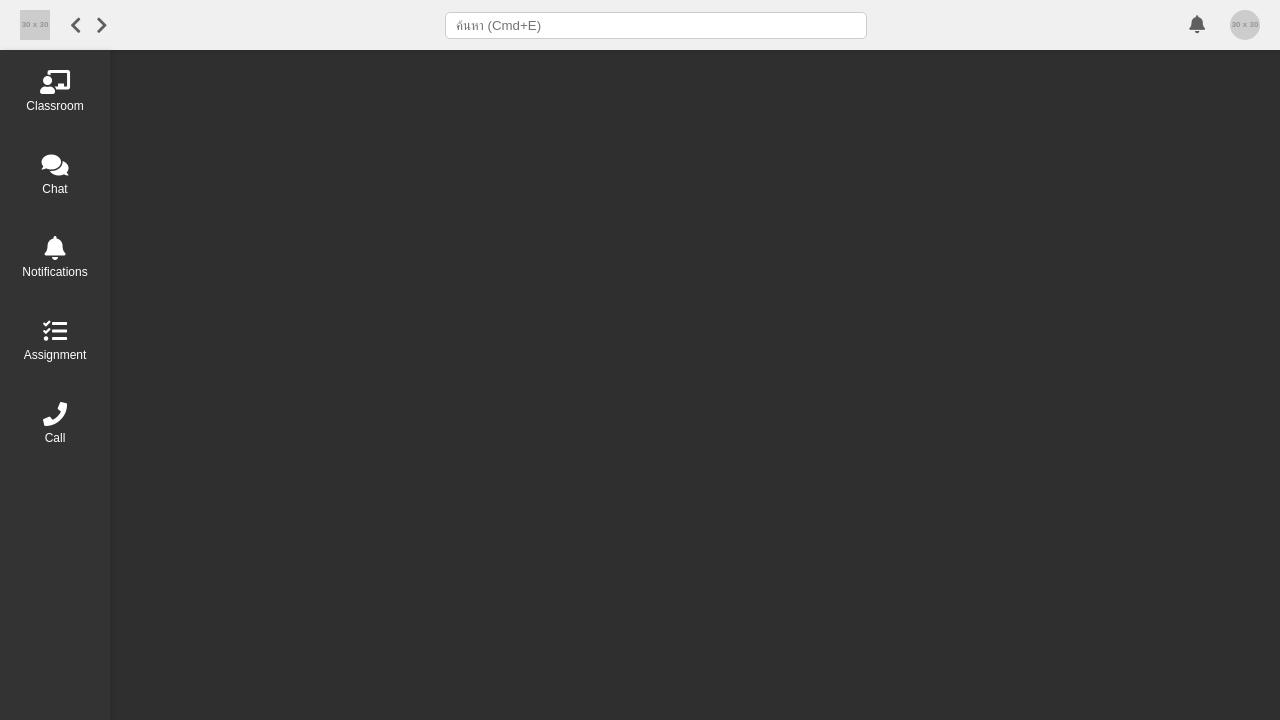
Repository: praifas16/ProPro
Page: docs/studenthead.html
These files come from the project's save history. The page is drawn as it stood at one moment and after the next save; the edit follows.
The browser window is 1280 px wide. The pictures show the whole page.

Above is the page before, as saved 2024-08-21 20:52:55.

After the next save:
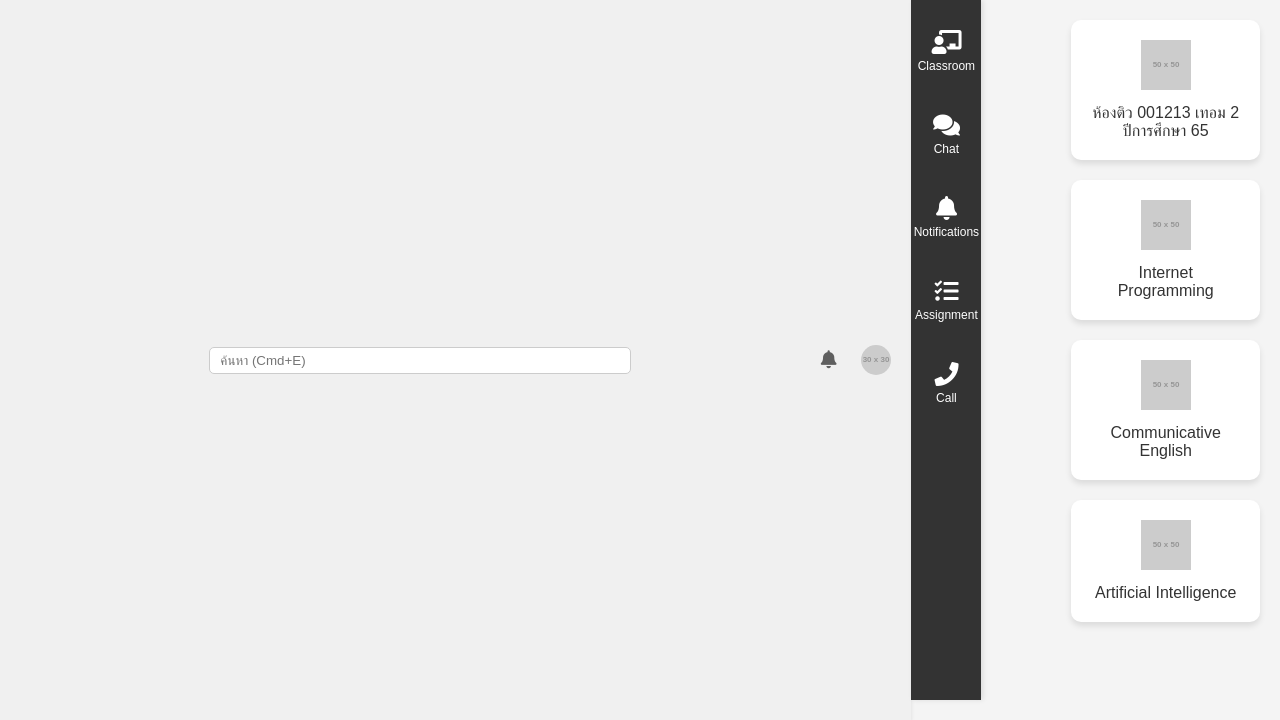
Saved 101 s later.
--- a/docs/studenthead.html
+++ b/docs/studenthead.html
@@ -10,9 +10,8 @@
         font-family: Arial, sans-serif;
         margin: 0;
         padding: 0;
-        background-color: #2f2f2f;
-        display: flex;
-        flex-direction: column;
+        background-color: #f4f4f4;
+        display: flex;
         height: 100vh;
       }
 
@@ -24,6 +23,7 @@
         align-items: center;
         justify-content: space-between;
         box-shadow: 0px 2px 4px rgba(0, 0, 0, 0.1);
+        width: 100%;
       }
 
       .topbar .left-section {
@@ -40,18 +40,6 @@
       .topbar .left-section .logo img {
         width: 30px;
         height: 30px;
-      }
-
-      .topbar .left-section .navigation {
-        display: flex;
-        align-items: center;
-      }
-
-      .topbar .left-section .navigation i {
-        font-size: 18px;
-        color: #5f5f5f;
-        margin-right: 15px;
-        cursor: pointer;
       }
 
       .topbar .search-bar {
@@ -95,7 +83,7 @@
         background-color: #333;
         color: white;
         height: calc(100vh - 60px); /* Adjusted to take into account the topbar height */
-        padding: 20px 20px;
+        padding: 20px 0;
         box-shadow: 2px 0 5px rgba(0, 0, 0, 0.1);
         display: flex;
         flex-direction: column;
@@ -103,7 +91,11 @@
       }
 
       .menu-items {
-        margin-top: -10px; /* ขยับเมนูขึ้นไปด้านบน */
+        flex-grow: 1;
+        display: flex;
+        flex-direction: column;
+        align-items: center;
+        justify-content: flex-start;
       }
 
       .sidebar a {
@@ -121,13 +113,27 @@
       .sidebar a:hover {
         background-color: #5f5f5f;
         border-radius: 4px;
-        width: 80%;
+        width: 100%;
         text-align: center;
       }
 
       .sidebar i {
         font-size: 24px;
         margin-bottom: 5px;
+      }
+
+      /* โครงสร้างหน้าเว็บหลัก */
+      .main-content {
+        flex-grow: 1;
+        padding: 20px;
+        margin-left: 70px; /* ปรับให้สอดคล้องกับ sidebar */
+      }
+
+      .container {
+        display: grid;
+        grid-template-columns: repeat(auto-fill, minmax(150px, 1fr));
+        gap: 20px;
+        padding-top: 0px;
       }
 
       .card {
@@ -152,21 +158,13 @@
       .card p {
         margin: 0;
         font-size: 16px;
+        color: #333;
       }
     </style>
   </head>
   <body>
     <!-- แถบเมนูด้านบน -->
     <div class="topbar">
-      <div class="left-section">
-        <div class="logo">
-          <img src="https://via.placeholder.com/30" alt="Logo" />
-        </div>
-        <div class="navigation">
-          <i class="fas fa-chevron-left"></i>
-          <i class="fas fa-chevron-right"></i>
-        </div>
-      </div>
       <div class="search-bar">
         <input type="text" placeholder="ค้นหา (Cmd+E)" />
       </div>
@@ -181,14 +179,35 @@
     <!-- เมนูแถบข้าง -->
     <div class="sidebar">
       <div class="menu-items">
-        <a href="#"
-          ><i class="fa fa-chalkboard-teacher"></i><span>Classroom</span></a
-        >
+        <a href="#"><i class="fa fa-chalkboard-teacher"></i><span>Classroom</span></a>
         <a href="#"><i class="fa fa-comments"></i><span>Chat</span></a>
         <a href="#"><i class="fa fa-bell"></i><span>Notifications</span></a>
         <a href="#"><i class="fa fa-tasks"></i><span>Assignment</span></a>
         <a href="#"><i class="fa fa-phone"></i><span>Call</span></a>
       </div>
     </div>
+
+    <!-- เนื้อหาหลัก -->
+    <div class="main-content">
+      <div class="container">
+        <div class="card">
+          <img src="https://via.placeholder.com/50" alt="icon" />
+          <p>ห้องติว 001213 เทอม 2 ปีการศึกษา 65</p>
+        </div>
+        <div class="card">
+          <img src="https://via.placeholder.com/50" alt="icon" />
+          <p>Internet Programming</p>
+        </div>
+        <div class="card">
+          <img src="https://via.placeholder.com/50" alt="icon" />
+          <p>Communicative English</p>
+        </div>
+        <div class="card">
+          <img src="https://via.placeholder.com/50" alt="icon" />
+          <p>Artificial Intelligence</p>
+        </div>
+        <!-- เพิ่มเติม Card อื่น ๆ ตามต้องการ -->
+      </div>
+    </div>
   </body>
 </html>

After the save that followed:
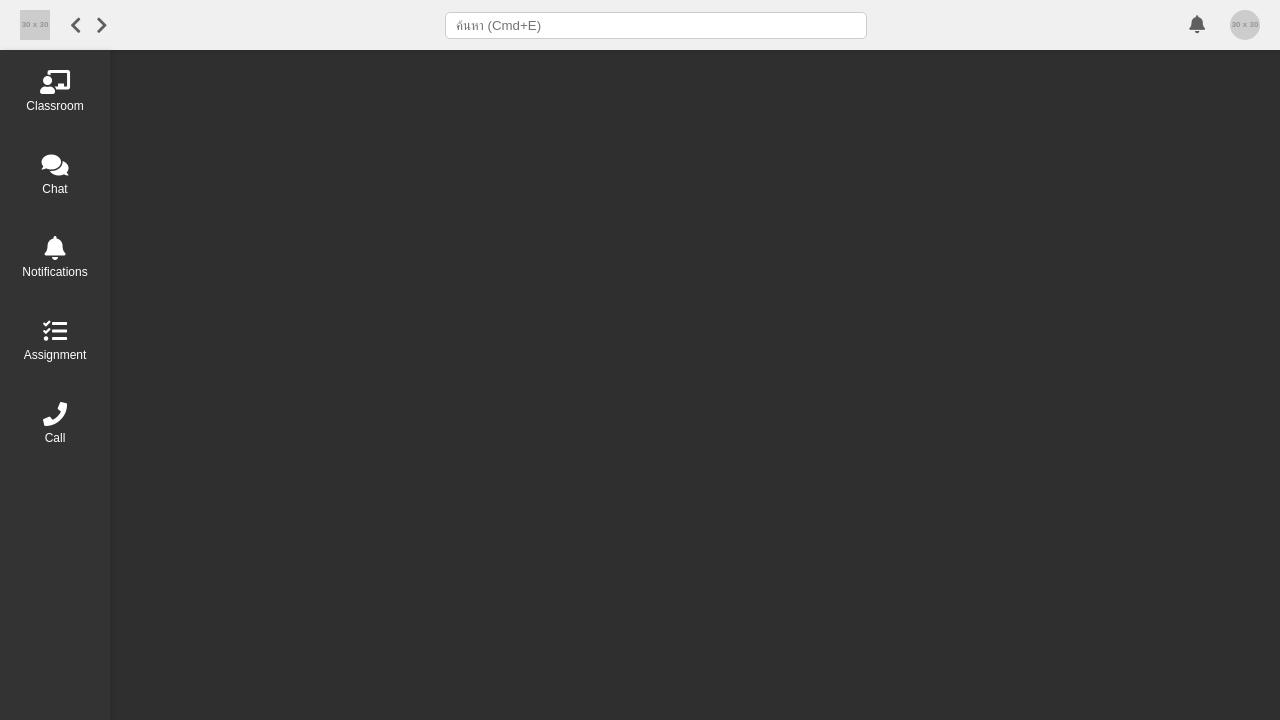
Saved 9 s later.
--- a/docs/studenthead.html
+++ b/docs/studenthead.html
@@ -10,8 +10,9 @@
         font-family: Arial, sans-serif;
         margin: 0;
         padding: 0;
-        background-color: #f4f4f4;
+        background-color: #2f2f2f;
         display: flex;
+        flex-direction: column;
         height: 100vh;
       }
 
@@ -23,7 +24,6 @@
         align-items: center;
         justify-content: space-between;
         box-shadow: 0px 2px 4px rgba(0, 0, 0, 0.1);
-        width: 100%;
       }
 
       .topbar .left-section {
@@ -40,6 +40,18 @@
       .topbar .left-section .logo img {
         width: 30px;
         height: 30px;
+      }
+
+      .topbar .left-section .navigation {
+        display: flex;
+        align-items: center;
+      }
+
+      .topbar .left-section .navigation i {
+        font-size: 18px;
+        color: #5f5f5f;
+        margin-right: 15px;
+        cursor: pointer;
       }
 
       .topbar .search-bar {
@@ -83,7 +95,7 @@
         background-color: #333;
         color: white;
         height: calc(100vh - 60px); /* Adjusted to take into account the topbar height */
-        padding: 20px 0;
+        padding: 20px 20px;
         box-shadow: 2px 0 5px rgba(0, 0, 0, 0.1);
         display: flex;
         flex-direction: column;
@@ -91,11 +103,7 @@
       }
 
       .menu-items {
-        flex-grow: 1;
-        display: flex;
-        flex-direction: column;
-        align-items: center;
-        justify-content: flex-start;
+        margin-top: -10px; /* ขยับเมนูขึ้นไปด้านบน */
       }
 
       .sidebar a {
@@ -113,27 +121,13 @@
       .sidebar a:hover {
         background-color: #5f5f5f;
         border-radius: 4px;
-        width: 100%;
+        width: 80%;
         text-align: center;
       }
 
       .sidebar i {
         font-size: 24px;
         margin-bottom: 5px;
-      }
-
-      /* โครงสร้างหน้าเว็บหลัก */
-      .main-content {
-        flex-grow: 1;
-        padding: 20px;
-        margin-left: 70px; /* ปรับให้สอดคล้องกับ sidebar */
-      }
-
-      .container {
-        display: grid;
-        grid-template-columns: repeat(auto-fill, minmax(150px, 1fr));
-        gap: 20px;
-        padding-top: 0px;
       }
 
       .card {
@@ -158,13 +152,21 @@
       .card p {
         margin: 0;
         font-size: 16px;
-        color: #333;
       }
     </style>
   </head>
   <body>
     <!-- แถบเมนูด้านบน -->
     <div class="topbar">
+      <div class="left-section">
+        <div class="logo">
+          <img src="https://via.placeholder.com/30" alt="Logo" />
+        </div>
+        <div class="navigation">
+          <i class="fas fa-chevron-left"></i>
+          <i class="fas fa-chevron-right"></i>
+        </div>
+      </div>
       <div class="search-bar">
         <input type="text" placeholder="ค้นหา (Cmd+E)" />
       </div>
@@ -179,35 +181,14 @@
     <!-- เมนูแถบข้าง -->
     <div class="sidebar">
       <div class="menu-items">
-        <a href="#"><i class="fa fa-chalkboard-teacher"></i><span>Classroom</span></a>
+        <a href="#"
+          ><i class="fa fa-chalkboard-teacher"></i><span>Classroom</span></a
+        >
         <a href="#"><i class="fa fa-comments"></i><span>Chat</span></a>
         <a href="#"><i class="fa fa-bell"></i><span>Notifications</span></a>
         <a href="#"><i class="fa fa-tasks"></i><span>Assignment</span></a>
         <a href="#"><i class="fa fa-phone"></i><span>Call</span></a>
       </div>
     </div>
-
-    <!-- เนื้อหาหลัก -->
-    <div class="main-content">
-      <div class="container">
-        <div class="card">
-          <img src="https://via.placeholder.com/50" alt="icon" />
-          <p>ห้องติว 001213 เทอม 2 ปีการศึกษา 65</p>
-        </div>
-        <div class="card">
-          <img src="https://via.placeholder.com/50" alt="icon" />
-          <p>Internet Programming</p>
-        </div>
-        <div class="card">
-          <img src="https://via.placeholder.com/50" alt="icon" />
-          <p>Communicative English</p>
-        </div>
-        <div class="card">
-          <img src="https://via.placeholder.com/50" alt="icon" />
-          <p>Artificial Intelligence</p>
-        </div>
-        <!-- เพิ่มเติม Card อื่น ๆ ตามต้องการ -->
-      </div>
-    </div>
   </body>
 </html>
